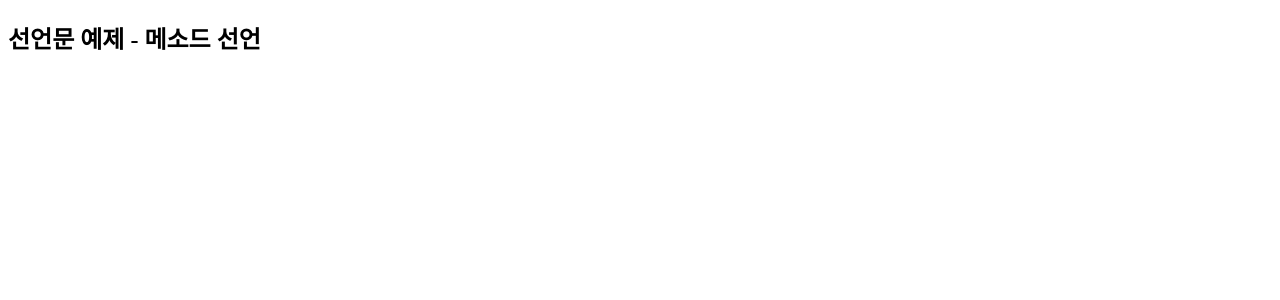
Repository: matodale/StudyJSP
Page: http://localhost/StudyJSP/ch05/declarationTest2.jsp
The author's editor kept a copy of each file at every save. The page is drawn from the files as they stood at one save, then again after the next save.
The browser window is 1280 px wide. The pictures show the whole page.
The page is served by Tomcat 9.

Above is the page before, as saved 2022-12-21 02:59:00.

After the next save:
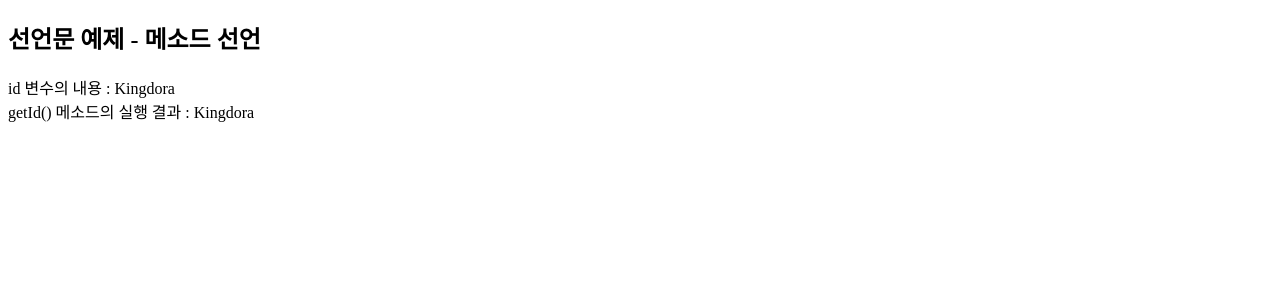
Saved 83 s later.
--- a/StudyJSP/src/main/webapp/ch05/declarationTest2.jsp
+++ b/StudyJSP/src/main/webapp/ch05/declarationTest2.jsp
@@ -10,9 +10,13 @@
 <h2>선언문 예제 - 메소드 선언 </h2>
 <%!
 String id = "Kingdora";
-public String getID(){
+public String getId(){
 	return id;
 }
 %>
+<p>
+id 변수의 내용 : <%=id %><br>
+getId() 메소드의 실행 결과 : <%=getId() %>
+</p>
 </body>
 </html>
